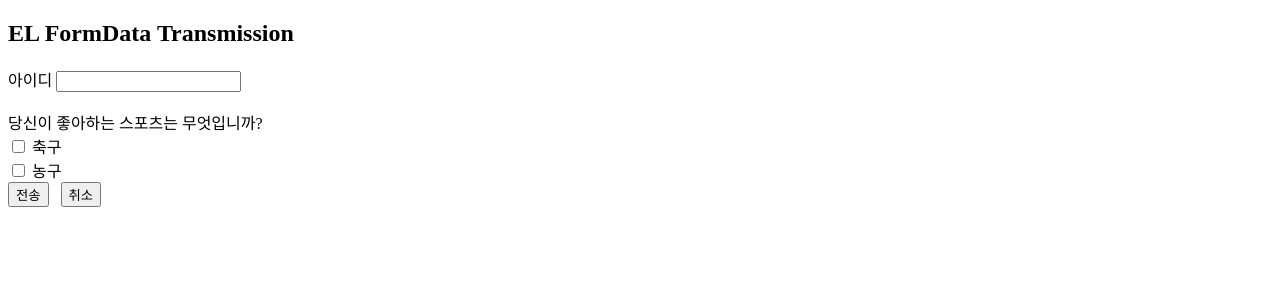
Repository: songyooon/java2
Page: http://localhost/practice03/05ELDataForm.jsp
The author's editor kept a copy of each file at every save. The page is drawn from the files as they stood at one save, then again after the next save.
The browser window is 1280 px wide. The pictures show the whole page.
The page is served by Tomcat 9.

Above is the page before, as saved 2022-11-10 04:50:00.

After the next save:
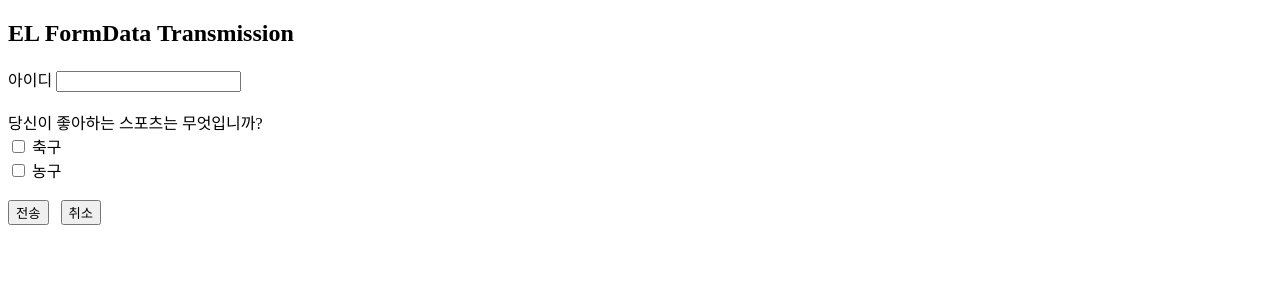
Saved 14 s later.
--- a/practice03/WebContent/05ELDataForm.jsp
+++ b/practice03/WebContent/05ELDataForm.jsp
@@ -20,7 +20,7 @@
 		<input type="checkbox" id="hobby1" name="hobby" value="축구">
 		<label for="hobby1">축구</label><br>
 		<input type="checkbox" id="hobby2" name="hobby" value="농구">
-		<label for="hobby2">농구</label><br>
+		<label for="hobby2">농구</label><br><br>
 
 		<input type="submit" value="전송">&nbsp;&nbsp;
 		<input type="reset" value="취소">
